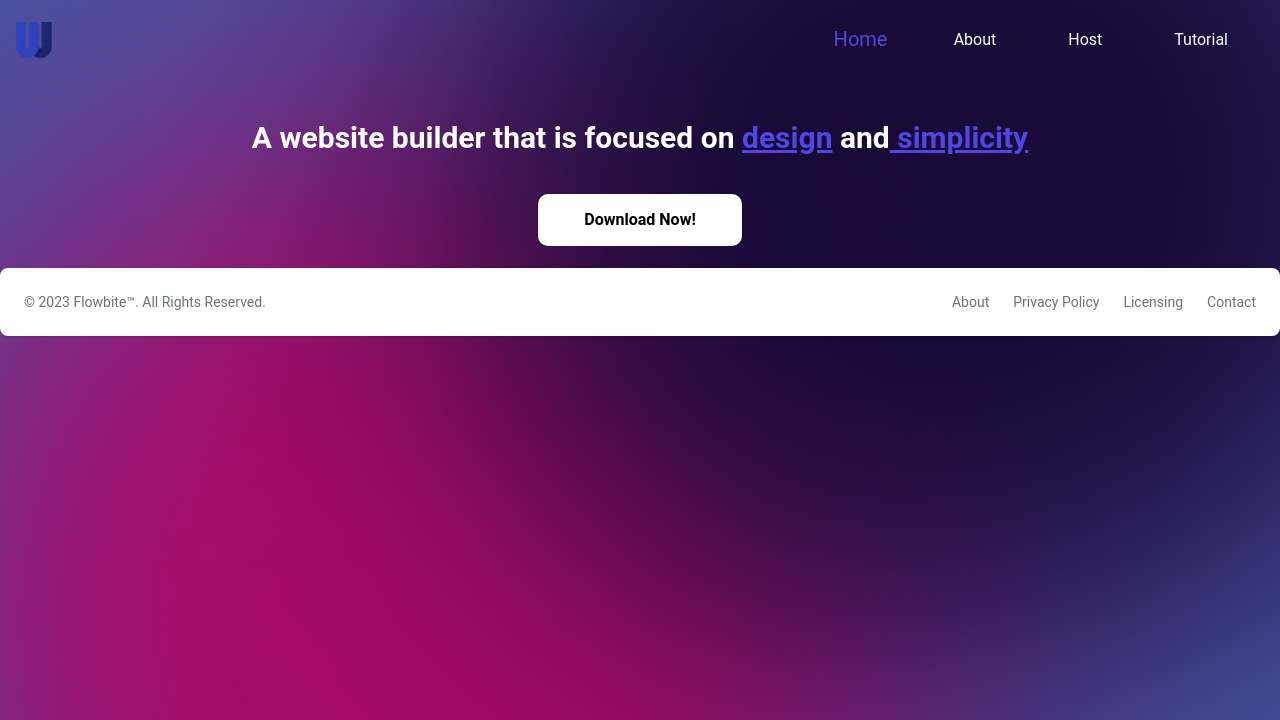
Repository: falkon2/WebGeny
Page: /
An editor plug-in stored every save of this project. The page is shown before and after the next save, followed by the edit.
The browser window is 1280 px wide. The pictures show the whole page.
Backgrounds fixed to the window are drawn as part of the page. The project was rebuilt for these pictures with package versions that can differ from the ones it lists, and the page was loaded fresh each time.

Above is the page before, as saved 2023-03-12 10:46:10.

### public/index.html
<!DOCTYPE html>
<html lang="en">
  <head>
    <!-- Google tag (gtag.js) -->
<script async src="https://www.googletagmanager.com/gtag/js?id=G-JHK77K9LRL"></script>
<script>
  window.dataLayer = window.dataLayer || [];
  function gtag(){dataLayer.push(arguments);}
  gtag('js', new Date());

  gtag('config', 'G-JHK77K9LRL');
</script>
    <meta charset="utf-8" />
    <link rel="icon" href="%PUBLIC_URL%/logo.ico" />
    <meta name="viewport" content="width=device-width, initial-scale=1" />
    <meta name="twitter:title" content="WebGeny">
    <meta name="twitter:description" content="    Web Geny a simple yet powerful website generator.">
    <meta name="twitter:card" content="summary_large_image">
    <meta name="twitter:image:src" content="https://media.discordapp.net/attachments/916242216211595264/1079456048768876635/Frame_1.png">
    <meta name="theme-color" content="#1C044D" />
    <link rel="apple-touch-icon" href="%PUBLIC_URL%/logo.png" />
    <link rel="manifest" href="%PUBLIC_URL%/manifest.json" />
    <script async src="https://pagead2.googlesyndication.com/pagead/js/adsbygoogle.js?client=ca-pub-8035401165804944"
     crossorigin="anonymous"></script>
    <title>Web Geny</title>
  </head>
  <body>
    <div id="root"></div>
  </body>
</html>

### src/index.js
import React from 'react';
import ReactDOM from 'react-dom/client';
import './index.css';
import Router from './Router';
import { Toaster } from 'react-hot-toast';
import { BrowserRouter } from 'react-router-dom';
const root = ReactDOM.createRoot(document.getElementById('root'));
root.render(
  <React.StrictMode>
    <BrowserRouter>
    <Toaster />
      <Router />
    </BrowserRouter>
  </React.StrictMode>
);

// If you want to start measuring performance in your app, pass a function
// to log results (for example: reportWebVitals(console.log))
// or send to an analytics endpoint. Learn more: https://bit.ly/CRA-vitals

### src/index.css

@tailwind base;
@tailwind components;
@tailwind utilities;
@import url('https://fonts.googleapis.com/css2?family=Poppins:wght@400;500&display=swap');

body{
  background-image: url("embed.png");
  background-size: cover;
  background-repeat: no-repeat;
  background-position: center;
  background-attachment: fixed;
  /* display: flex; */
  font-family: 'Roboto', sans-serif;
}

.active{
  @apply text-indigo-600 scale-125
}

### src/Router.js
import { Routes, Route } from 'react-router-dom';
import  Application from './pages/Application';
function Router() {
  return (
    <Routes>
      <Route path="/" element={<Application />} />
    </Routes>
  );
}

export default Router;

### src/pages/Application.jsx
import './App.css';
// import {Link} from "react-router-dom"
import { useState } from 'react';
import { toast } from 'react-hot-toast'
import { GiHamburgerMenu } from "react-icons/gi";
import { AiOutlineClose } from "react-icons/ai";
import { NavLink } from "react-router-dom";
import  Typed from 'react-typed';
export default function Application() {

  // const [invisible, setInvisible] = useState(false);
  const [currentContent, setCurrentContent] = useState("content1");

  // Switch statement to return the appropriate content based on the current state value
  const success = () => {
    toast.success('Redirecting to the downloads page...')
}


  const getContent = () => {
    switch (currentContent) {
      case "content1":
        return (

          <div className="text-white font-poppins overflow-hidden">
          <div
            id="index"
            className="index max-w-[800px] mt-[-96px] w-full h-1/6 mx-auto text-center flex flex-col justify-center"
          >
            <div className="flex justify-center items-center">
              <h1 className="md:text-7xl sm:text-6xl text-4xl font-bold md:py-6">
                Web
              </h1>
              <Typed
                className="md:text-7xl sm:text-6xl text-4xl font-bold md:py-6 text-indigo-600"
                strings={["site Generator", "Geny"]}
                typeSpeed={70}
                backSpeed={100}
                loop
              />
            </div>
            <p className="md:text-3xl sm:text-2xl text-xl font-bold py-4 ">
            A website builder that is focused on <a className="underline text-indigo-600">design</a> and
              <a className="underline text-indigo-600"> simplicity</a>
            </p>
            <button onClick={() => setCurrentContent("content2")} className="bg-white text-black w-[200px] transition-[0.5s] rounded-lg font-bold my-6 mx-auto py-3 ring-2 ring-white hover:ring-indigo-600 hover:bg-indigo-600  hover:shadow-xl hover:shadow-indigo-700 hover:text-white hover:scale-110">
              Download Now!
            </button>
          </div>
      </div>

        );
      case "content2":
        return (            <div className='font-poppins' >
        <h1 className='mt-10 mb-2 text-center capitalize text-transparent text-4xl bg-gradient-to-r from-indigo-600 to-indigo-900 font-extrabold bg-clip-text'>System</h1>'
        <hr className='w-1/5 mx-auto bg-gradient-to-r from-indigo-600 to-indigo-900 '/>
        {/* my Cards */}
        <div className='grid grid-cols-1 lg:grid-cols-3 lg:gap-3 justify-items-center mt-20 '>
          {/* 1st card */}
          <div className='py-10 text-white   hover:scale-110 transition-[0.5s] '>
            <div className=' overflow-hidden rounded-lg shadow-lg shadow-white bg-black  max-w-sm '>
              <img src="https://c4.wallpaperflare.com/wallpaper/461/319/628/computer-computers-2560x1440-mac-os-x-lion-wallpaper-preview.jpg" alt='mountain' className='w-full'/>
              <div className="px-6 py-4">
                <div className='font-bold text-xl mb-2 text-center'>
                  MacOS
                </div>

              </div>
              <div className='justify-center items-center flex '>
              <a href="https://drive.google.com/file/d/1wIRujHkihNA6-z8qGt_k3tozohbCPhtY/view?usp=sharing"><button onClick={success} className="bg-white  text-black w-[200px] transition-[0.5s] rounded-lg font-bold my-6 mx-auto py-3 ring-2 ring-white hover:ring-black hover:bg-black  hover:shadow-xl hover:shadow-white hover:text-white hover:scale-110">
                  Download
                </button></a>
              </div>
            </div>
          </div>
          {/* 2nd card */}
          <div className='py-10 text-white hover:scale-110 transition-[0.5s]'>
            <div className='rounded-lg overflow-hidden  shadow-lg shadow-blue-500 bg-blue-500 max-w-sm'>
              <img src="https://png.pngitem.com/pimgs/s/47-471523_windows-logo-google-discloses-actively-exploited-windows-microsoft.png"
              alt='mountain' className='w-full'/>
              <div className="px-6 py-4">
                <div className='font-bold text-xl mb-2 text-center'>
                  Windows
                </div>

              </div>
              <div className='justify-center items-center flex '>
                <a href="https://drive.google.com/file/d/1JjMqdkkO3dpi5ZP0tQ7oSLjGXCCYXXVY/view?usp=sharing"><button onClick={success} className="bg-white  text-blue-600 w-[200px] transition-[0.5s] rounded-lg font-bold my-6 mx-auto py-3 ring-2 ring-white hover:ring-blue-700 hover:bg-blue-700 hover:shadow-xl hover:shadow-blue-700 hover:text-blue-200 hover:scale-110">
                  Download
                </button></a>
              </div>
            </div>

          </div>
          {/* 3rd card */}
          <div className='py-10 text-black hover:scale-110 transition-[0.5s]'>
            <div className='rounded-lg overflow-hidden shadow-lg max-w-sm shadow-white bg-white'>
              <img src="https://1000logos.net/wp-content/uploads/2017/03/Symbol-Linux.jpg" alt='mountain' className='w-full'/>
              <div className="px-6 py-4">
                <div className='font-bold text-xl mb-2 text-center'>
                  Linux
                </div>
              </div>
              <div className='justify-center items-center flex '>
              <a href="https://drive.google.com/drive/folders/1AqYDImkbqUQ4sjdD6LpsTR_H_IrQ2Sit?usp=sharing"><button onClick={success}  className="bg-black  text-white w-[200px] transition-[0.5s] rounded-lg font-bold my-6 mx-auto py-3 ring-2 ring-white hover:ring-black hover:bg-black hover:shadow-xl hover:shadow-black hover:text-white hover:scale-110" >
                  Download
                </button></a>
              </div>
            </div>
          </div>
        </div>
      </div>);
      case "content3":
        return (
          <div>
          <div className="text-white font-poppins">
              <div
                className="index max-w-[800px] mt-[-96px] w-full h-screen mx-auto text-center flex flex-col justify-center"
              >
                <div className="flex justify-center items-center">
                  <h1 className="md:text-7xl sm:text-6xl text-4xl font-bold md:py-6">
                    Web
                  </h1>
                  <Typed
                    className="md:text-7xl sm:text-6xl text-4xl font-bold md:py-6 text-indigo-600"
                    strings={["site Generator", "Geny"]}
                    typeSpeed={70}
                    backSpeed={100}
                    loop
                  />
                </div>
                <p className="md:text-2xl sm:text-xl text-lg font-bold py-4 ">
                Hello and thank you for visiting Web Geny, Here you can easily construct your own website that may be entirely personalised and is also completely free! This website builder is focused on <a className="underline text-indigo-600">design</a> and <a className="underline text-indigo-600"> simplicity</a>.</p>
                <p className='md:text-xl sm:text-lg text-base'> This website builder was made by <a href='https://github.com/falkon2' className="underline text-indigo-300 ">Falkon</a></p>
                <button onClick={()=>setCurrentContent('content1')} className="bg-white text-black w-[200px] transition-[0.5s] rounded-lg font-bold my-6 mx-auto py-3 ring-2 ring-white hover:ring-indigo-600 hover:bg-indigo-600  hover:shadow-xl hover:shadow-indigo-700 hover:text-white hover:scale-110">
                  Home
                </button>
              </div>
          </div>

          </div>
        );
      default:
        return <div>No content found</div>;
    }
  };


  const NavBar = () => {
    const [isOpen, setIsOpen] = useState(true);
    const toggle = () => {
      setIsOpen(!isOpen);
    };

  return (
<div className="flex sticky z-10 justify-between items-center h-20 max-w-full mx-auto px-4 text-white font-poppins  top-0">
      <img
        src={process.env.PUBLIC_URL + "/logo.png"}
        alt="none"
        className="w-9"
      />
      <ul className="hidden  md:flex">
        <button className="active" onClick={() => setCurrentContent('content1')}>
          <li className='p-4 mx-5 cursor-pointer after:content-[" "] after:absolute after:w-[45px] after:scale-x-0 after:h-[2px] after:flex after:bg-indigo-600 after:origin-bottom-left after:transition-[0.5s] after:ease-out hover:after:scale-x-100 hover:scale-110 hover:after:origin-bottom-right hover:text-indigo-600 '>
            Home
          </li>

        </button>
        <button className='notactive' onClick={()=> setCurrentContent('content3')}>
          <li className='p-4 mx-5 cursor-pointer after:content-[" "] after:absolute after:w-[45px] after:scale-x-0 after:h-[2px] after:flex after:bg-indigo-600 after:origin-bottom-left after:transition-[0.5s] after:ease-out hover:after:scale-x-100 hover:scale-110 hover:after:origin-bottom-right hover:text-indigo-600 '>
            About
          </li>

        </button>
        <a href="https://www.youtube.com/watch?v=68gU9V2xWRg&ab_channel=CodeCommerce">
          <li className='p-4 mx-5 cursor-pointer after:content-[" "] after:absolute after:w-[35px] after:scale-x-0 after:h-[2px] after:flex after:bg-indigo-600 after:origin-bottom-left after:transition-[0.5s] after:ease-out hover:after:scale-x-100 hover:scale-110 hover:after:origin-bottom-right hover:text-indigo-600 '>
            Host
          </li>
        </a>
        <a href="https://www.youtube.com/watch?v=ysEN5RaKOlA&ab_channel=CoderCoder">
          <li className='p-4 mx-5 cursor-pointer after:content-[" "] after:absolute after:w-[55px] after:scale-x-0 after:h-[2px] after:flex after:bg-indigo-600 after:origin-bottom-left after:transition-[0.5s] after:ease-out hover:after:scale-x-100 hover:scale-110 hover:after:origin-bottom-right hover:text-indigo-600'>
            Tutorial
          </li>
        </a>
      </ul>

      <div onClick={toggle} className="block md:hidden">
        {!isOpen ? <AiOutlineClose size={20} /> : <GiHamburgerMenu size={20} />}
      </div>

      <div
        className={
          !isOpen
            ? "fixed left-0 top-1 w-[60%] h-full border-r border-r-gray-800 bg-gray-900 ease-in-out duration-500"
            : "fixed left-[-100%] ease-in-out duration-500"
        }
      >
        <img
          src={process.env.PUBLIC_URL + "/logo.png"}
          alt="none"
          className="w-9 left-0"
        />
        <ul className="uppercase p-4">
          <NavLink to="/" activeClassName="active">
            <li className="p-4 border-b border-gray-700 hover:border-white hover:transition-[0.5s] hover:ease-in-out">
              Home
            </li>
          </NavLink>
          <NavLink to="/about" activeClassName="active">
            <li className="p-4 border-b border-gray-700 hover:border-white hover:transition-[0.5s] hover:ease-in-out">
              About
            </li>
          </NavLink>
          <a href="https://www.youtube.com/watch?v=68gU9V2xWRg&ab_channel=CodeCommerce">
            <li className="p-4 border-b border-gray-700 hover:border-white hover:transition-[0.5s] hover:ease-in-out">
              Host
            </li>
          </a>
          <a href="https://www.youtube.com/watch?v=ysEN5RaKOlA&ab_channel=CoderCoder">
            <li className="p-4 hover:border-b hover:border-white hover:transition-[0.5s] hover:ease-in-out">
              Tutorial
            </li>
          </a>
        </ul>
      </div>
    </div>
  )
}

  const Feedback = () => {
    <div class="absolute bottom-5 right-5 w-72 divide-y rounded-md border shadow-md bg-white">
  <div class="flex gap-2 px-3 py-3 items-start">
    <div class="text-gray-500">
      <svg xmlns="http://www.w3.org/2000/svg" viewBox="0 0 20 20" fill="currentColor" class="h-5 w-5">
        <path fill-rule="evenodd" d="M10 18a8 8 0 100-16 8 8 0 000 16zM8.28 7.22a.75.75 0 00-1.06 1.06L8.94 10l-1.72 1.72a.75.75 0 101.06 1.06L10 11.06l1.72 1.72a.75.75 0 101.06-1.06L11.06 10l1.72-1.72a.75.75 0 00-1.06-1.06L10 8.94 8.28 7.22z" clip-rule="evenodd" />
      </svg>
    </div>
    <div class="flex-1">
      <h3 class="text-sm font-bold">Got Questions? Email us!</h3>
      <p class="text-xs text-gray-400">We will get back to you</p>
    </div>
    <div><img src="https://cloudflare-ipfs.com/ipfs/Qmd3W5DuhgHirLHGVixi6V76LhCkZUz6pnFt5AJBiyvHye/avatar/170.jpg" alt="avatar" class="w-8 h-8 rounded-full" /></div>
  </div>
  <div class="flex justify-center px-5 py-3"><a href="#" class="text-sm font-bold text-blue-600">Send us a message</a></div>
</div>
  }

  const Footer = () => {
    return(

<footer class="p-4 bg-white rounded-lg shadow h-1/4 md:flex md:items-center md:justify-between md:p-6 dark:bg-gray-800 overflow-hidden">
    <span class="text-sm text-gray-500 sm:text-center dark:text-gray-400">© 2023 <a href="https://flowbite.com/" class="hover:underline">Flowbite™</a>. All Rights Reserved.
    </span>
    <ul class="flex flex-wrap items-center mt-3 text-sm text-gray-500 dark:text-gray-400 sm:mt-0">
        <li>
            <a href="#" class="mr-4 hover:underline md:mr-6 ">About</a>
        </li>
        <li>
            <a href="#" class="mr-4 hover:underline md:mr-6">Privacy Policy</a>
        </li>
        <li>
            <a href="#" class="mr-4 hover:underline md:mr-6">Licensing</a>
        </li>
        <li>
            <a href="#" class="hover:underline">Contact</a>
        </li>
    </ul>
</footer>

    )
  }
  return(
    <div>
      {NavBar()}
      {getContent()}
      {Footer()}

    </div>
  );
}

Loaded but not shown: tailwind.config.js (common file); src/pages/App.css (no stored copy; drawn as an empty file)

After the next save:
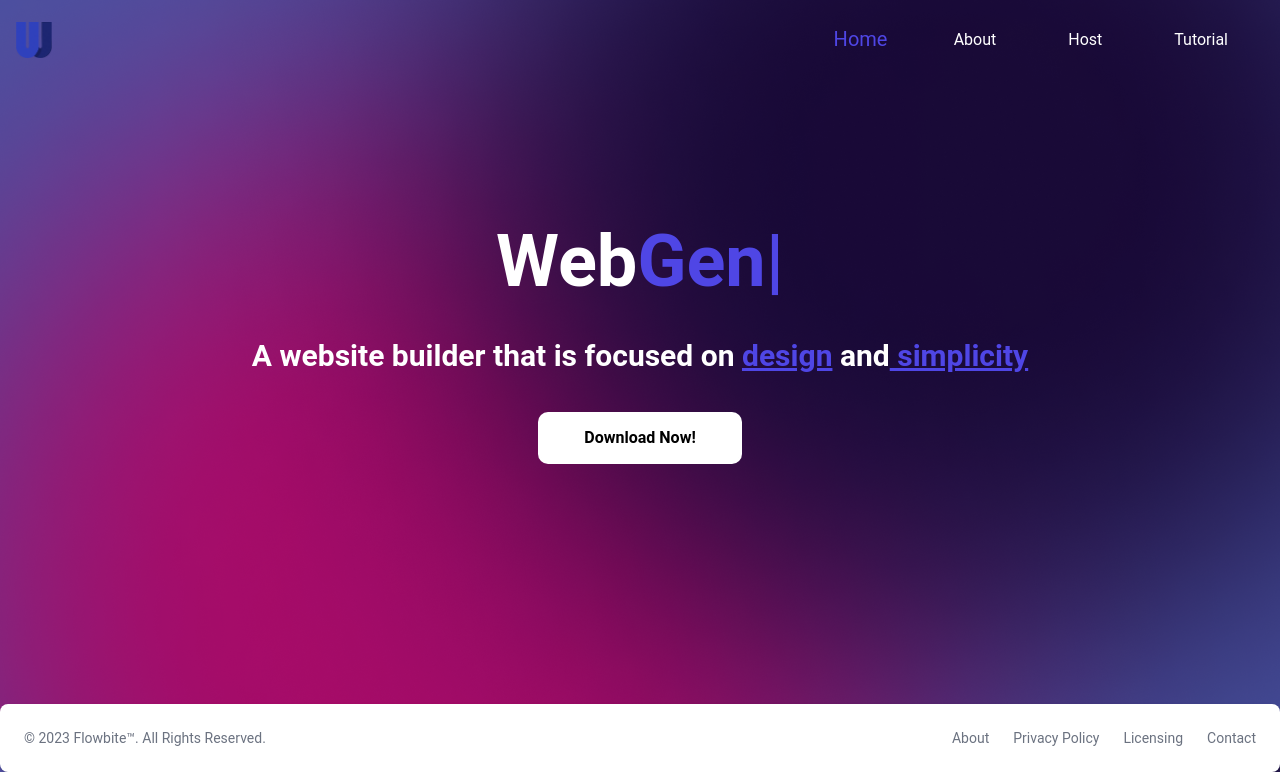
Saved 21 s later.
--- a/src/pages/Application.jsx
+++ b/src/pages/Application.jsx
@@ -25,7 +25,7 @@ export default function Application() {
           <div className="text-white font-poppins overflow-hidden">
           <div
             id="index"
-            className="index max-w-[800px] mt-[-96px] w-full h-1/6 mx-auto text-center flex flex-col justify-center"
+            className="index max-w-[800px] mt-[-96px] w-full h-screen mx-auto text-center flex flex-col justify-center"
           >
             <div className="flex justify-center items-center">
               <h1 className="md:text-7xl sm:text-6xl text-4xl font-bold md:py-6">
